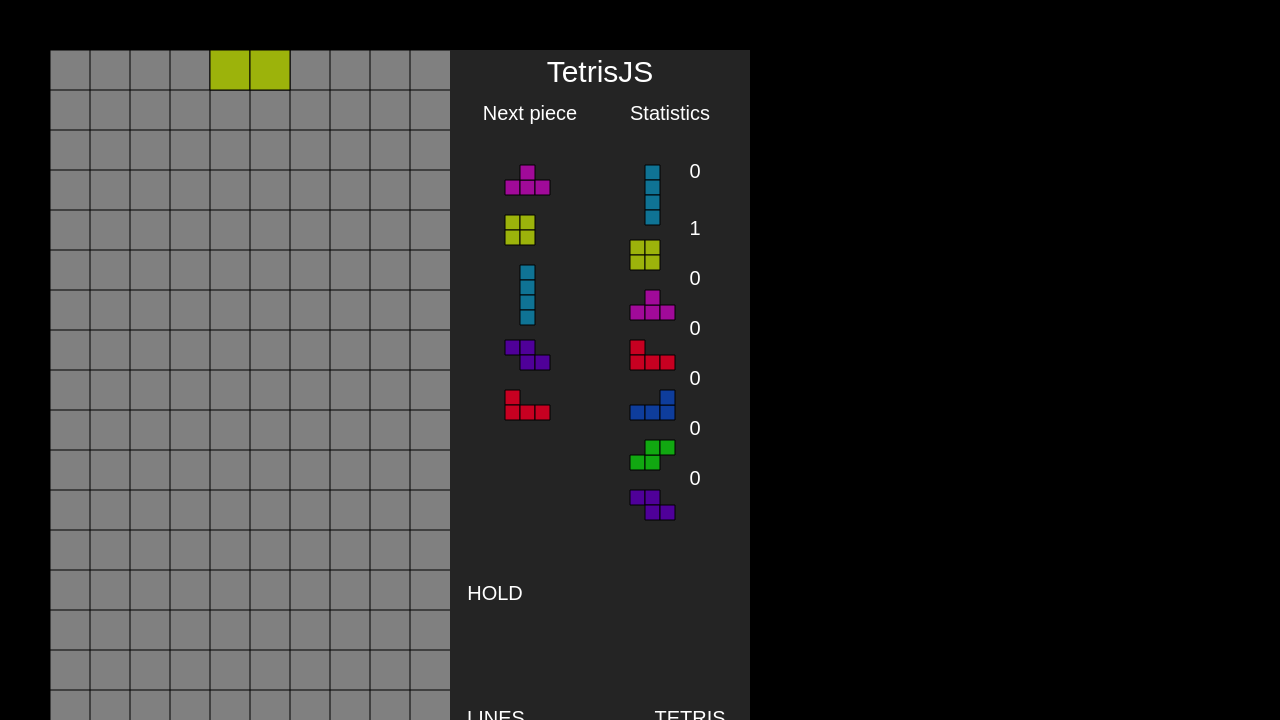
Repository: hosua/TetrisJS
Page: index.html
These files come from the project's save history. The page is drawn as it stood at one moment and after the next save; the edit follows.
The browser window is 1280 px wide. The pictures show the whole page.

Above is the page before, as saved 2023-11-08 04:29:57.

After the next save:
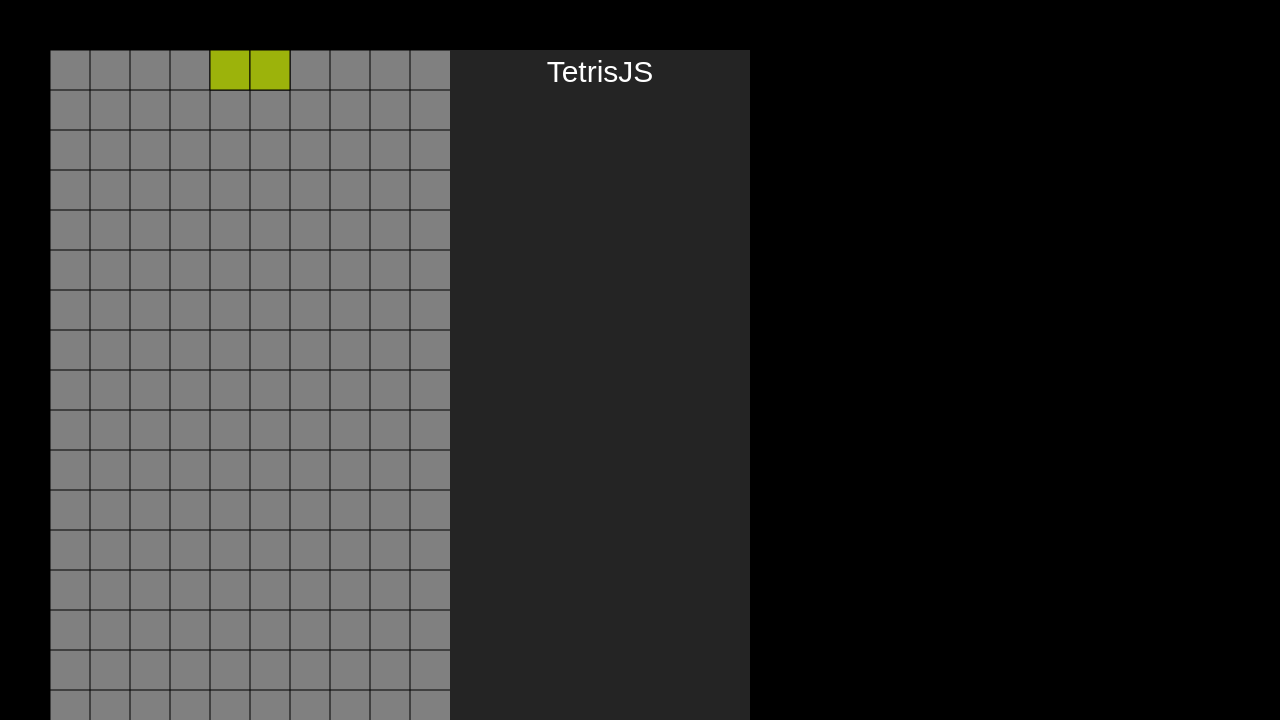
Console error: RangeError: Maximum call stack size exceeded
Saved 14 s later.
--- a/src/main.js
+++ b/src/main.js
@@ -64,12 +64,12 @@
 function game_loop() {
 	if (!tetris.check_gameover()) {
 		gfx.draw_ui_all(tetris);
-		piece_falling();
+		requestAnimationFrame(piece_falling);
 	} else {
 		gfx = new GFX();
 		tetris = new Tetris();
 	}
-	requestAnimationFrame(game_loop)
+	game_loop();
 }
 gfx.draw_all_game_elements(tetris.grid, tetronimo);
 gfx.draw_ui_all(tetris);

After the save that followed:
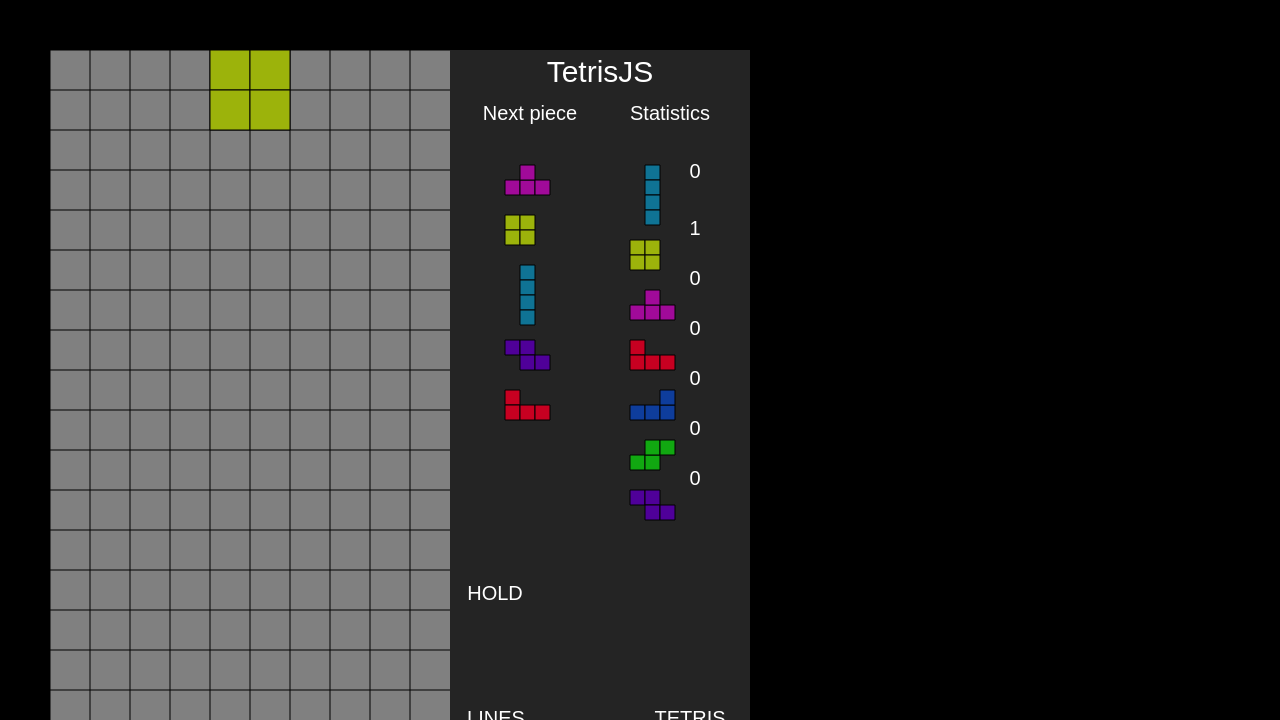
The error is gone.
Saved 9 s later.
--- a/src/main.js
+++ b/src/main.js
@@ -69,7 +69,7 @@
 		gfx = new GFX();
 		tetris = new Tetris();
 	}
-	game_loop();
+	requestAnimationFrame(game_loop)
 }
 gfx.draw_all_game_elements(tetris.grid, tetronimo);
 gfx.draw_ui_all(tetris);
